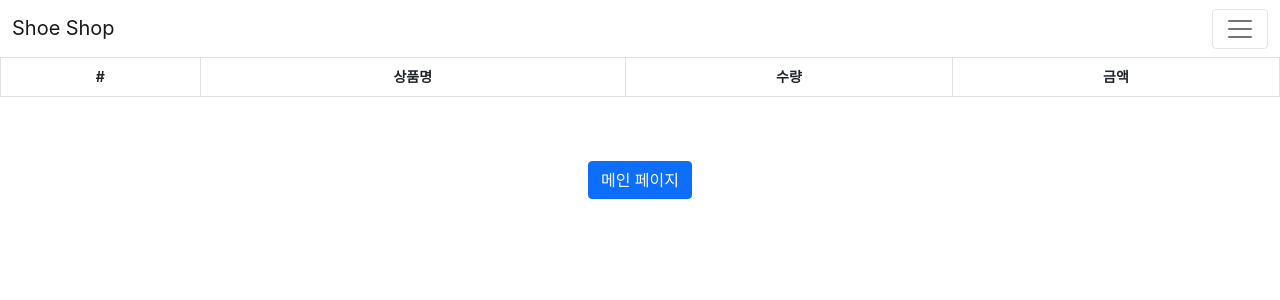
Repository: yangddoddi/shoe-store-pwa
Page: /#/cart
The author's editor kept a copy of each file at every save. The page is drawn from the files as they stood at one save, then again after the next save.
The browser window is 1280 px wide. The pictures show the whole page.
The project was rebuilt for these pictures with package versions that can differ from the ones it lists, and the page was loaded fresh each time.

Above is the page before, as saved 2022-04-11 20:38:38.

### public/index.html
<!DOCTYPE html>
<html lang="en">

<head>
  <meta charset="utf-8" />
  <link rel="icon" href="%PUBLIC_URL%/favicon.ico" />
  <meta name="viewport" content="width=device-width, initial-scale=1" />
  <meta name="theme-color" content="#000000" />
  <meta name="description" content="Web site created using create-react-app" />
  <link rel="apple-touch-icon" href="%PUBLIC_URL%/logo192.png" />
  <!--
      manifest.json provides metadata used when your web app is installed on a
      user's mobile device or desktop. See https://developers.google.com/web/fundamentals/web-app-manifest/
    -->
  <link rel="manifest" href="%PUBLIC_URL%/manifest.json" />
  <link rel="stylesheet" href="https://cdn.jsdelivr.net/npm/bootstrap@5.1.3/dist/css/bootstrap.min.css"
    integrity="sha384-1BmE4kWBq78iYhFldvKuhfTAU6auU8tT94WrHftjDbrCEXSU1oBoqyl2QvZ6jIW3" crossorigin="anonymous" />
  <!--
      Notice the use of %PUBLIC_URL% in the tags above.
      It will be replaced with the URL of the `public` folder during the build.
      Only files inside the `public` folder can be referenced from the HTML.

      Unlike "/favicon.ico" or "favicon.ico", "%PUBLIC_URL%/favicon.ico" will
      work correctly both with client-side routing and a non-root public URL.
      Learn how to configure a non-root public URL by running `npm run build`.
    -->
  <title>React App</title>
</head>

<body>
  <noscript>You need to enable JavaScript to run this app.</noscript>
  <div id="root"></div>
  <!--
      This HTML file is a template.
      If you open it directly in the browser, you will see an empty page.

      You can add webfonts, meta tags, or analytics to this file.
      The build step will place the bundled scripts into the <body> tag.

      To begin the development, run `npm start` or `yarn start`.
      To create a production bundle, use `npm run build` or `yarn build`.
    -->
</body>

</html>

### src/index.js
import React from "react";
import * as ReactDOM from "react-dom/client";
import "./index.css";
import App from "./App";
import * as serviceWorkerRegistration from "./serviceWorkerRegistration";
import reportWebVitals from "./reportWebVitals";

import { HashRouter } from "react-router-dom";
import { Provider } from "react-redux";
import { combineReducers, createStore } from "redux";

let defaultState = [
  // { id: 0, name: "good shoes", quantity: 1, price: 100 },
  // { id: 1, name: "air Max 97", quantity: 1, price: 200 },
  // { id: 2, name: "NB 993", quantity: 1, price: 250 },
  // { id: 3, name: "bad shoes", quantity: 1, price: 10 },
  // { id: 4, name: "slippers", quantity: 1, price: 90 },
  // { id: 5, name: "baby shoes", quantity: 1, price: 500 },
];

let alertDefault = true;

let store = createStore(combineReducers({ reducer, reducer2 }));

function reducer(state = defaultState, action) {
  let setState = [...state];

  if (action.type === "order") {
    const sameProduct = setState.find((e) => e.id == action.payload.id);
    if (sameProduct) {
      sameProduct.quantity++;
      return setState;
    } else {
      setState.push(action.payload);
      return setState;
    }
  }

  if (action.type === "increase") {
    console.log(action.payload.id);
    const sameProduct = setState.find((e) => e.id == action.payload.id);
    if (sameProduct) {
      sameProduct.quantity++;
      return setState;
    }
  } else if (action.type === "decrease") {
    const sameProduct = setState.find((e) => e.id == action.payload.id);
    if (sameProduct && sameProduct.quantity > 0) {
      sameProduct.quantity--;
      return setState;
    }
  }
  {
    return state;
  }
}

function reducer2(state = alertDefault, action) {
  let setState = state;
  if (action.type === "exitAlert") {
    setState = false;
    return setState;
  } else return setState;
}

const root = ReactDOM.createRoot(document.getElementById("root"));
root.render(
  <HashRouter>
    <Provider store={store}>
      <App />
    </Provider>
  </HashRouter>
);

// If you want your app to work offline and load faster, you can change
// unregister() to register() below. Note this comes with some pitfalls.
// Learn more about service workers: https://cra.link/PWA
serviceWorkerRegistration.register();

// If you want to start measuring performance in your app, pass a function
// to log results (for example: reportWebVitals(console.log))
// or send to an analytics endpoint. Learn more: https://bit.ly/CRA-vitals
reportWebVitals();

### src/App.js
import React, { useState, useContext, lazy, Suspense } from "react";
import "./App.css";
import { Link, Route, Switch, useHistory } from "react-router-dom";
import axios from "axios";
import Draggable from "react-draggable";

import {
  Navbar,
  Container,
  Offcanvas,
  Nav,
  Form,
  Button,
  NavDropdown,
  FormControl,
} from "react-bootstrap";
import CartPage from "./Cart.js";
import productData from "./data.js";
// import DetailPageItem from "./detailPageItems.js";
let Detail = lazy(() => import("./detailPageItems.js"));

let stockContext = React.createContext();

let recentlyViewedProduct = localStorage.getItem("data");
let recentlyViewedArr = JSON.parse(recentlyViewedProduct);

function App() {
  let history = useHistory();

  let [product, setProduct] = useState(productData);
  let [loading, setLoading] = useState(false);
  let [stock, setStock] = useState([3, 7, 2]);
  const [sidePosition, setSidePosition] = useState({ x: 0, y: 0 });
  const trackPos = (data) => {
    setSidePosition({ x: data.x, y: data.y });
  };

  function loadItems() {
    setLoading(true);
    axios
      .get("https://codingapple1.github.io/shop/data2.json")
      .then((json) => {
        setProduct([...product, ...json.data]);
        setLoading(false);
      })
      .catch(() => {
        alert("서버 요청에 실패했습니다.");
      });
  }

  return (
    <div className="App">
      <NewNavbar />
      {recentlyViewedArr ? (
        <Sidebar
          history={history}
          sidePosition={sidePosition}
          setSidePosition={setSidePosition}
          trackPos={trackPos}
        />
      ) : null}
      <Switch>
        <Route exact path="/">
          <Jumbotron />
          <stockContext.Provider value={stock}>
            <ShopItemList product={product} history={history} />
          </stockContext.Provider>
          {loading ? <LoadingSpinner /> : null}
          <button className="btn btn-primary m-5" onClick={loadItems}>
            더보기
          </button>
        </Route>
        <Route path="/detail/:id">
          <Suspense fallback={<div>로딩중</div>}>
            <Detail product={product} stock={stock} setStock={setStock} />
          </Suspense>
        </Route>
        <Route path="/cart">
          <CartPage product={product} />
        </Route>
      </Switch>
    </div>
  );
}

function NewNavbar() {
  return (
    <Navbar bg="white" expand={false}>
      <Container fluid>
        <Navbar.Brand href="#">Shoe Shop</Navbar.Brand>
        <Navbar.Toggle aria-controls="offcanvasNavbar" />
        <Navbar.Offcanvas
          id="offcanvasNavbar"
          aria-labelledby="offcanvasNavbarLabel"
          placement="end"
        >
          <Offcanvas.Header closeButton>
            <Offcanvas.Title id="offcanvasNavbarLabel">
              Shoe Shop
            </Offcanvas.Title>
          </Offcanvas.Header>
          <Offcanvas.Body>
            <Nav className="justify-content-end flex-grow-1 pe-3">
              <Nav.Link as={Link} className="link" to="/">
                Home
              </Nav.Link>
              <Nav.Link as={Link} className="link" to="../cart">
                Cart
              </Nav.Link>
            </Nav>
          </Offcanvas.Body>
        </Navbar.Offcanvas>
      </Container>
    </Navbar>
  );
}

function Jumbotron() {
  return (
    <div className="jumbotron">
      <h1 className="display-4">premium shoe market!</h1>
      <p className="lead">All the shoes you want are on our page</p>
      <hr className="my-4" />
      <p>
        Reasonable price <br />
        The highest quality
      </p>
      <p className="lead">
        <a className="btn btn-primary btn-lg" href="#" role="button">
          Buy now
        </a>
      </p>
    </div>
  );
}

function ShopItemList(props) {
  return (
    <div className="container">
      <div className="row shopItemList">
        {props.product.map((e, i) => {
          return (
            <ShopItems
              product={e}
              index={i}
              key={e.id}
              history={props.history}
            />
          );
        })}
      </div>
    </div>
  );
}

function ShopItems(props) {
  let stock = useContext(stockContext);

  return (
    <div
      className="col-md-4 shopItem"
      onClick={() => {
        props.history.push(`/detail/${props.product.id}`);
      }}
    >
      <img
        src={`https://codingapple1.github.io/shop/shoes${
          props.product.id + 1
        }.jpg`}
      />
      <h5>{props.product.title}</h5>
      <p>{props.product.content}</p>
      <p>{props.product.price}</p>
      <p>stock : {stock[props.product.id]}</p>
    </div>
  );
}

function LoadingSpinner() {
  return (
    <div className="spinner-border text-primary loading" role="status">
      <span class="sr-only">Loading...</span>
    </div>
  );
}

function Sidebar(props) {
  return (
    <Draggable onDrag={(e, data) => props.trackPos(data)}>
      <aside className="sidebar">
        <p>최근 본 상품</p>
        {recentlyViewedArr.map((num) => {
          return (
            <img
              src={`https://codingapple1.github.io/shop/shoes${num + 1}.jpg`}
              draggable="false"
              onClick={() => {
                props.history.push(`/detail/${num}`);
              }}
            />
          );
        })}
      </aside>
    </Draggable>
  );
}

export default App;

### src/serviceWorkerRegistration.js
// This optional code is used to register a service worker.
// register() is not called by default.

// This lets the app load faster on subsequent visits in production, and gives
// it offline capabilities. However, it also means that developers (and users)
// will only see deployed updates on subsequent visits to a page, after all the
// existing tabs open on the page have been closed, since previously cached
// resources are updated in the background.

// To learn more about the benefits of this model and instructions on how to
// opt-in, read https://cra.link/PWA

const isLocalhost = Boolean(
  window.location.hostname === 'localhost' ||
    // [::1] is the IPv6 localhost address.
    window.location.hostname === '[::1]' ||
    // 127.0.0.0/8 are considered localhost for IPv4.
    window.location.hostname.match(/^127(?:\.(?:25[0-5]|2[0-4][0-9]|[01]?[0-9][0-9]?)){3}$/)
);

export function register(config) {
  if (process.env.NODE_ENV === 'production' && 'serviceWorker' in navigator) {
    // The URL constructor is available in all browsers that support SW.
    const publicUrl = new URL(process.env.PUBLIC_URL, window.location.href);
    if (publicUrl.origin !== window.location.origin) {
      // Our service worker won't work if PUBLIC_URL is on a different origin
      // from what our page is served on. This might happen if a CDN is used to
      // serve assets; see https://github.com/facebook/create-react-app/issues/2374
      return;
    }

    window.addEventListener('load', () => {
      const swUrl = `${process.env.PUBLIC_URL}/service-worker.js`;

      if (isLocalhost) {
        // This is running on localhost. Let's check if a service worker still exists or not.
        checkValidServiceWorker(swUrl, config);

        // Add some additional logging to localhost, pointing developers to the
        // service worker/PWA documentation.
        navigator.serviceWorker.ready.then(() => {
          console.log(
            'This web app is being served cache-first by a service ' +
              'worker. To learn more, visit https://cra.link/PWA'
          );
        });
      } else {
        // Is not localhost. Just register service worker
        registerValidSW(swUrl, config);
      }
    });
  }
}

function registerValidSW(swUrl, config) {
  navigator.serviceWorker
    .register(swUrl)
    .then((registration) => {
      registration.onupdatefound = () => {
        const installingWorker = registration.installing;
        if (installingWorker == null) {
          return;
        }
        installingWorker.onstatechange = () => {
          if (installingWorker.state === 'installed') {
            if (navigator.serviceWorker.controller) {
              // At this point, the updated precached content has been fetched,
              // but the previous service worker will still serve the older
              // content until all client tabs are closed.
              console.log(
                'New content is available and will be used when all ' +
                  'tabs for this page are closed. See https://cra.link/PWA.'
              );

              // Execute callback
              if (config && config.onUpdate) {
                config.onUpdate(registration);
              }
            } else {
              // At this point, everything has been precached.
              // It's the perfect time to display a
              // "Content is cached for offline use." message.
              console.log('Content is cached for offline use.');

              // Execute callback
              if (config && config.onSuccess) {
                config.onSuccess(registration);
              }
            }
          }
        };
      };
    })
    .catch((error) => {
      console.error('Error during service worker registration:', error);
    });
}

function checkValidServiceWorker(swUrl, config) {
  // Check if the service worker can be found. If it can't reload the page.
  fetch(swUrl, {
    headers: { 'Service-Worker': 'script' },
  })
    .then((response) => {
      // Ensure service worker exists, and that we really are getting a JS file.
      const contentType = response.headers.get('content-type');
      if (
        response.status === 404 ||
        (contentType != null && contentType.indexOf('javascript') === -1)
      ) {
        // No service worker found. Probably a different app. Reload the page.
        navigator.serviceWorker.ready.then((registration) => {
          registration.unregister().then(() => {
            window.location.reload();
          });
        });
      } else {
        // Service worker found. Proceed as normal.
        registerValidSW(swUrl, config);
      }
    })
    .catch(() => {
      console.log('No internet connection found. App is running in offline mode.');
    });
}

export function unregister() {
  if ('serviceWorker' in navigator) {
    navigator.serviceWorker.ready
      .then((registration) => {
        registration.unregister();
      })
      .catch((error) => {
        console.error(error.message);
      });
  }
}

### src/App.css
@import "~antd/dist/antd.css";

.App {
  text-align: center;
}

.App-logo {
  height: 40vmin;
  pointer-events: none;
}

.sidebar {
  background-color: white;
  position: fixed;
  right: 0px;
  top: 100px;
  display: flex;
  flex-direction: column;
  width: 100px;
  opacity: 90%;
  border-radius: 10px;
  border: whitesmoke 1px solid;
  cursor: move;
  user-select: none;
}

.sidebar p {
  background-color: whitesmoke;
  color: black;
  padding: 10px 0px;
  border-radius: 10px;
  margin-bottom: 0px;
}

.sidebar img {
  padding-bottom: 10px;
  cursor: pointer;
  border: whitesmoke 1px solid;
}

.jumbotron {
  padding: 80px 0px;
  background-image: url(../src/shoes.jpg);
  background-size: cover;
  background-position: center;
  background-color: beige;
  color: white;
}

.jumbotron h1 {
  color: white;
}

.shopItem {
  margin-top: 50px;
}

.shopItem p {
  margin-bottom: 0px;
  color: rgba(0, 0, 0, 0.5);
}

.shopItemList img {
  width: 100%;
}

.loading {
  display: block;
  margin: 100px auto 50px auto;
}

.link {
  text-decoration: none;
}

.shopItemList {
  cursor: pointer;
}

@media (prefers-reduced-motion: no-preference) {
  .App-logo {
    animation: App-logo-spin infinite 20s linear;
  }
}

.App-header {
  background-color: #282c34;
  min-height: 100vh;
  display: flex;
  flex-direction: column;
  align-items: center;
  justify-content: center;
  font-size: calc(10px + 2vmin);
  color: white;
}

.App-link {
  color: #61dafb;
}

@keyframes App-logo-spin {
  from {
    transform: rotate(0deg);
  }
  to {
    transform: rotate(360deg);
  }
}

### src/Cart.js
import React, { useEffect } from "react";
import { Table } from "react-bootstrap";
import { useDispatch, useSelector } from "react-redux";
import { Button } from "react-bootstrap";

function Cart() {
  let state = useSelector((state) => state);
  let dispatch = useDispatch();

  return (
    <CartTable
      product={state.reducer}
      setAlert={state.reducer2}
      dispatch={dispatch}
    />
  );
}

function CartTable(props) {
  return (
    <>
      <Table striped bordered hover>
        <thead>
          <tr>
            <th>#</th>
            <th>상품명</th>
            <th>수량</th>
            <th>금액</th>
          </tr>
        </thead>
        <tbody>
          {props.product.map((e, i) => {
            return (
              <tr>
                <td>{e.id}</td>
                <td>{e.name}</td>
                <td>{e.quantity}</td>
                <td>{e.price * e.quantity}$</td>
                <td>
                  <button
                    onClick={() => {
                      props.dispatch({
                        type: "increase",
                        payload: { id: e.id },
                      });
                    }}
                  >
                    +
                  </button>
                  <button
                    onClick={() => {
                      props.dispatch({
                        type: "decrease",
                        payload: { id: e.id },
                      });
                    }}
                  >
                    -
                  </button>
                </td>
              </tr>
            );
          })}
        </tbody>
      </Table>
      <Button className="btn btn-primary m-5" href="/">
        메인 페이지
      </Button>
    </>
  );
}

export default Cart;

### src/data.js
export default [
  {
    id: 0,
    title: "White and Black",
    content: "Born in France",
    price: 120000,
  },

  {
    id: 1,
    title: "Red Knit",
    content: "Born in Seoul",
    price: 110000,
  },

  {
    id: 2,

    title: "Grey Yordan",
    content: "Born in the States",
    price: 130000,
  },
];

Loaded but not shown: src/index.css (common file); src/reportWebVitals.js (common file)

After the next save:
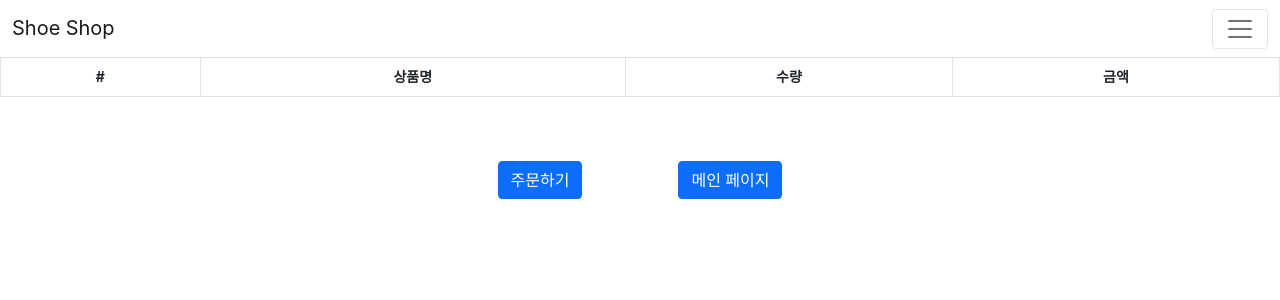
Saved 63 s later.
--- a/src/Cart.js
+++ b/src/Cart.js
@@ -64,6 +64,9 @@ function CartTable(props) {
         </tbody>
       </Table>
       <Button className="btn btn-primary m-5" href="/">
+        주문하기
+      </Button>
+      <Button className="btn btn-primary m-5" href="/">
         메인 페이지
       </Button>
     </>
